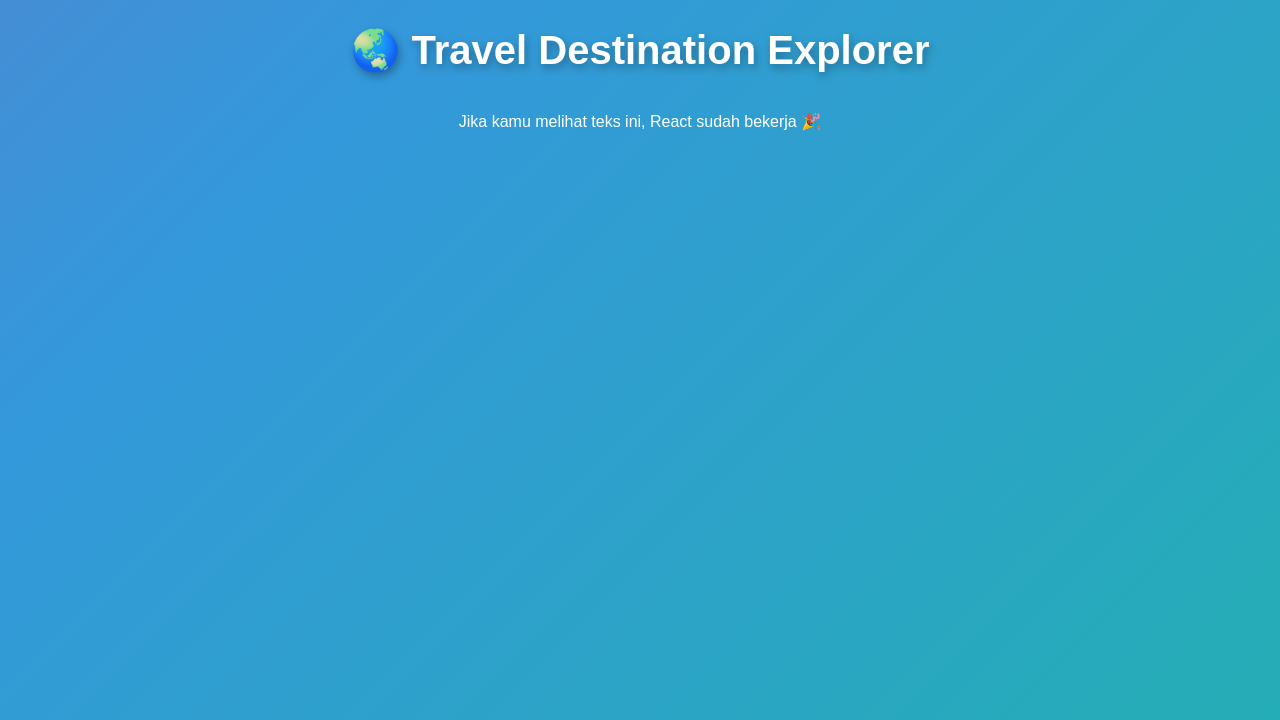
Repository: clara20050224/TravelDestination
Page: /
The author's editor kept a copy of each file at every save. The page is drawn from the files as they stood at one save, then again after the next save.
The browser window is 1280 px wide. The pictures show the whole page.
The project was rebuilt for these pictures with package versions that can differ from the ones it lists, and the page was loaded fresh each time.

Above is the page before, as saved 2025-10-28 22:22:13.

### index.html
<!doctype html>
<html lang="en">
  <head>
    <meta charset="UTF-8" />
    <meta name="viewport" content="width=device-width, initial-scale=1.0" />
    <title>Travel Destination Explorer</title>
  </head>
  <body>
    <!-- 👇 Ini penting -->
    <div id="root"></div>
    <script type="module" src="/src/main.jsx"></script>
  </body>
</html>

### src/App.jsx
import React from "react";
import "./index.css";

function App() {
  return (
    <div className="container">
      <h1 className="judul">🌏 Travel Destination Explorer</h1>
      <p style={{ textAlign: "center" }}>Jika kamu melihat teks ini, React sudah bekerja 🎉</p>
    </div>
  );
}

export default App;

### src/index.css
@tailwind base;
@tailwind components;
@tailwind utilities;


/* Background Animasi Gradien */
body {
  margin: 0;
  padding: 0;
  font-family: "Poppins", sans-serif;
  background: linear-gradient(-45deg, #1abc9c, #3498db, #9b59b6, #f39c12);
  background-size: 400% 400%;
  animation: gradientBG 12s ease infinite;
  min-height: 100vh;
  display: flex;
  justify-content: center;
  align-items: flex-start;
}

/* Animasi background */
@keyframes gradientBG {
  0% { background-position: 0% 50%; }
  50% { background-position: 100% 50%; }
  100% { background-position: 0% 50%; }
}

/* Container Utama */
.container {
  max-width: 1200px;
  width: 100%;
  padding: 20px;
  color: #fff;
}

/* Judul */
.judul {
  text-align: center;
  font-size: 2.5rem;
  font-weight: 700;
  margin-bottom: 30px;
  text-shadow: 2px 4px 8px rgba(0,0,0,0.3);
}

/* Grid Produk */
.produk-container {
  display: grid;
  grid-template-columns: repeat(auto-fill, minmax(260px, 1fr));
  gap: 25px;
  margin-bottom: 40px;
}

/* Card Produk dengan Glassmorphism */
.card {
  background: rgba(255, 255, 255, 0.15);
  backdrop-filter: blur(12px);
  border-radius: 20px;
  overflow: hidden;
  box-shadow: 0 10px 25px rgba(0,0,0,0.2);
  transition: transform 0.3s ease, box-shadow 0.3s ease;
}

.card:hover {
  transform: translateY(-8px) scale(1.02);
  box-shadow: 0 15px 35px rgba(0,0,0,0.3);
}

/* Gambar Produk */
.card-img {
  width: 100%;
  height: 200px;
  object-fit: cover;
  transition: transform 0.4s ease;
}

.card:hover .card-img {
  transform: scale(1.08);
}

/* Isi Card */
.card-title {
  font-size: 1.3rem;
  font-weight: 600;
  margin: 15px;
  color: #fff;
}

.card-desc {
  font-size: 0.9rem;
  margin: 0 15px 10px;
  color: #f1f1f1;
  line-height: 1.4;
}

.card-price {
  font-weight: bold;
  margin: 0 15px 15px;
  font-size: 1.1rem;
  color: #2ecc71;
}

/* Tombol Add dengan Efek Shine */
.btn-add {
  background: linear-gradient(135deg, #2ecc71, #27ae60);
  color: #fff;
  font-weight: 600;
  border: none;
  border-radius: 30px;
  padding: 12px 20px;
  margin: 0 15px 20px;
  cursor: pointer;
  position: relative;
  overflow: hidden;
  transition: transform 0.25s ease;
}

.btn-add:hover {
  transform: scale(1.05);
}

.btn-add::before {
  content: "";
  position: absolute;
  top: 0;
  left: -75px;
  width: 50px;
  height: 100%;
  background: rgba(255,255,255,0.6);
  transform: skewX(-25deg);
}

.btn-add:hover::before {
  animation: shine 0.8s ease;
}

@keyframes shine {
  0% { left: -75px; }
  100% { left: 125%; }
}

/* Keranjang */
.cart {
  background: rgba(255, 255, 255, 0.15);
  backdrop-filter: blur(15px);
  padding: 20px;
  border-radius: 20px;
  box-shadow: 0 10px 25px rgba(0,0,0,0.2);
  color: #fff;
  animation: fadeIn 1s ease;
}

.cart h2 {
  margin-bottom: 15px;
  font-size: 1.5rem;
}

.cart ul {
  list-style: none;
  padding: 0;
  margin: 0;
}

.cart li {
  padding: 8px 0;
  border-bottom: 1px dashed rgba(255,255,255,0.3);
}

.cart li:last-child {
  border-bottom: none;
}

.cart strong {
  color: #ffeb3b;
}

/* Animasi FadeIn */
@keyframes fadeIn {
  from { opacity: 0; transform: translateY(15px); }
  to { opacity: 1; transform: translateY(0); }
}

Loaded but not shown: src/main.jsx (common file)

After the next save:
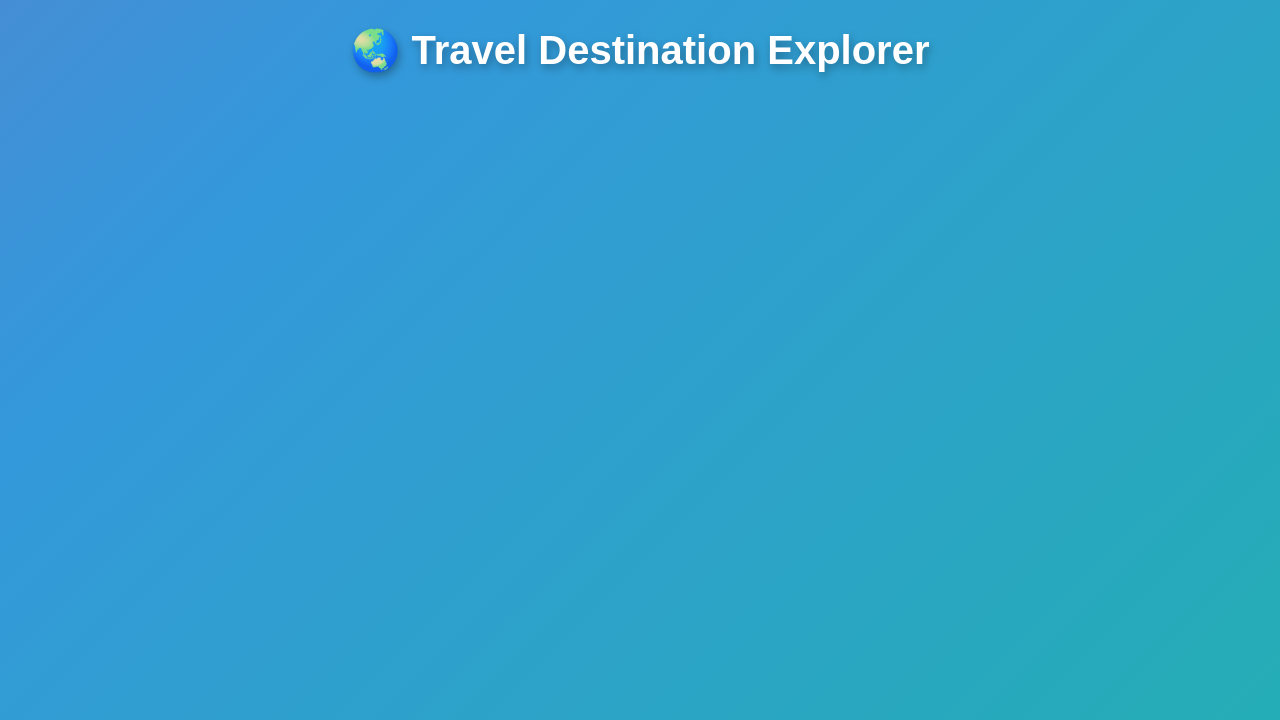
Saved 13 min 12 s later.
--- a/src/App.jsx
+++ b/src/App.jsx
@@ -5,7 +5,6 @@ function App() {
   return (
     <div className="container">
       <h1 className="judul">🌏 Travel Destination Explorer</h1>
-      <p style={{ textAlign: "center" }}>Jika kamu melihat teks ini, React sudah bekerja 🎉</p>
     </div>
   );
 }
